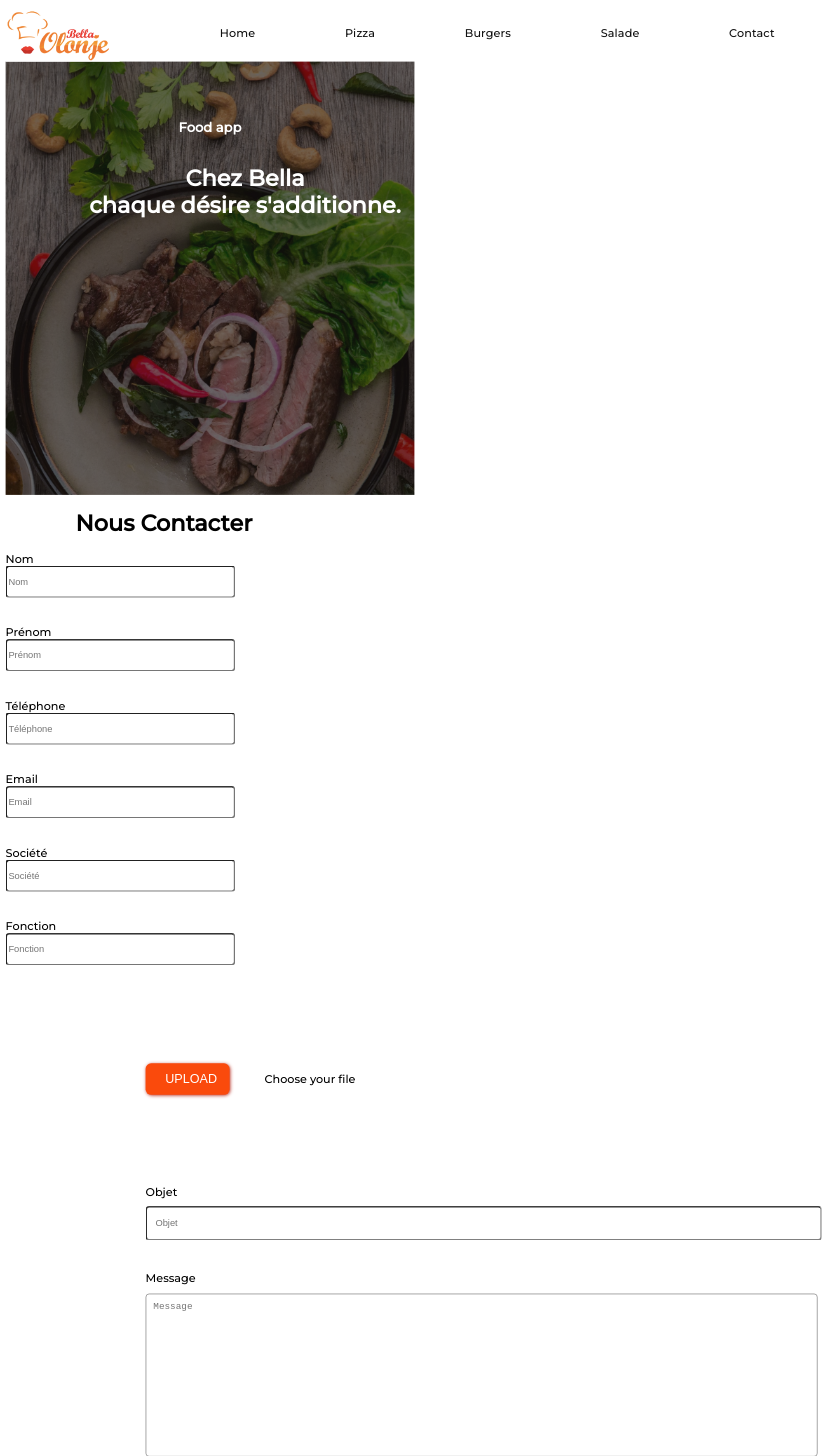
Repository: Ahlam-belhadj/bella-olange
Page: index3.html
The author's editor kept a copy of each file at every save. The page is drawn from the files as they stood at one save, then again after a run of saves.
The browser window is 600 px wide. The page is 1174 px wide, so the pictures cover 1174 px, including what lies to the right of the window. The pictures show the part of the page from y = 0 to 2080 px (the page is 2735 px tall), at 70% of full size.

Above is the page before, as saved 2023-02-12 20:54:25.

### index3.html
<!DOCTYPE html>
<html lang="en">

<head>
    <meta charset="UTF-8">
    <meta http-equiv="X-UA-Compatible" content="IE=edge">
    <meta name="viewport" content="width=device-width, initial-scale=1.0">
    <link rel="stylesheet" href="style3.css">
    <script src="https://www.google.com/recaptcha/api.js" async defer></script>
    <title>Bella olanje</title>
</head>

<body>
    <header>
        <nav class="container">
            <img class="logo" src="image/logo_bella_olonje.png" alt="logo">
            <ul class="nav-menu">
                <li><a href="index.html" class="nav-link">Home</a></li>
                <li><a href="#pizza" class="nav-link">Pizza</a></li>
                <li><a href="#burgers" class="nav-link">Burgers</a></li>
                <li><a href="#salade" class="nav-link">Salade</a></li>
                <li><a href="index3.html" class="nav-link">Contact</a></li>
            </ul>
        </nav>

        <div class="title">
            <div class="texte">
                <h3>Food app</h3>
                <h1>Chez Bella <br>
                    chaque désire s'additionne.</h1>
            </div>
        </div>
    </header>
    <main>
    <div class="information">
        <form>
            <h1>Nous Contacter</h1>
            <div class="commande">
                <div class="info1">
                    <div class="label">
                        <label>Nom</label>
                        <br>
                        <input type="text" placeholder="Nom">
                    </div>
                    <div class="label">
                        <label>Prénom</label>
                        <br>
                        <input type="text" placeholder="Prénom">
                    </div>
                </div>
                <div class="info2">
                    <div class="label">
                        <label>Téléphone</label>
                        <br>
                        <input type="text" placeholder="Téléphone">
                    </div>
                    <div class="label">
                        <label>Email</label>
                        <br>
                        <input type="email" placeholder="Email">
                    </div>
                </div>
                <div class="info1">
                    <div class="label">
                        <label>Société</label>
                        <br>
                        <input type="text" placeholder="Société">
                    </div>
                    <div class="label">
                        <label>Fonction</label>
                        <br>
                        <input type="email" placeholder="Fonction">
                    </div>
                </div>

            </div>
        </form>
    </div>


    <div class="chose">
        <div class="div_button">
            <button class="button1" type="button">UPLOAD</button>
            <p>Choose your file</p>
        </div>
    </div>

    <div>
        <div class="g-recaptcha" data-sitekey="6Lff4ygkAAAAABA1RWNuq8ewgkRZaDD-yAWqFs1t"></div>
    </div>

    <div class="grp_choose">
        <div class="choose_message">
            <div class="label_choose">
                <label>Objet</label><br>
                <input type="text" placeholder="Objet">
            </div>
            <div class="label_message">
                <label>Message</label><br>
                <textarea placeholder="Message"></textarea>
            </div>
        </div>
    </div>


    <div class="maps">
        <iframe
            src="https://www.google.com/maps/embed?pb=!1m18!1m12!1m3!1d6464.54830951471!2d2.4294808287259815!3d48.785241545980085!2m3!1f0!2f0!3f0!3m2!1i1024!2i768!4f13.1!3m3!1m2!1s0x47e67344bd2d57f1%3A0x2a84a845271b523a!2sAFPA!5e0!3m2!1sfr!2sfr!4v1674668360985!5m2!1sfr!2sfr"
            width="600" height="450" style="border:0;" allowfullscreen="" loading="lazy"
            referrerpolicy="no-referrer-when-downgrade"></iframe>
    </div>


    <div class="button1">
        <button class="button">Envoyer</button>
    </div>
</main>
</body>

</html>

### style3.css
@import url('https://fonts.googleapis.com/css2?family=Montserrat:wght@100;200;500&display=swap');

body {
    font-family: Montserrat, sans-serif;
}


.logo {
    height: 80px;
}


header nav {
    display: flex;
    justify-content: space-between;
    align-items: center;

}

header ul {
    display: flex;
    justify-content: space-between;
    align-items: center;
}

header ul li {
    font-size: 16px;
    margin-left: 2rem;
    list-style: none;
    font-family: 'Montserrat';
    font-weight: 500;
    line-height: 28px;
    text-align: center;
    letter-spacing: 0.2px;
    margin-left: 8rem;

}

header ul li a {
    color: rgb(17, 17, 17);
    text-decoration: none;
}


.nav-menu {
    padding-left: 15px;
}

.title {
  background-image: url(image/Rectangle\ 48.png);
  height: 619px;
  background-repeat: no-repeat;
  background-position: center;
  background-size: cover;



}

.texte{
    color: white;
    display: flex;
    align-items: center;
    justify-content: center;
    flex-direction: column;
    text-align: center;
    height: 50%;
}
/* header */

h1 {
    padding-left: 100px;
}


h2{
    text-align:center;
    padding-bottom: 20px;
}
.info1{
    display: flex;
    justify-content: space-around;
    padding-right: 100px;
}

.info2{
    display: flex;
    justify-content: space-around;
    padding-right: 100px;
}
input {
    width: 320px;
    height: 40px;
    border-radius: 5px;
    margin-bottom: 40px;

}


.maps{
    display: flex;

    padding-left: 200px ;
}

iframe {
width: 941px;
height: 500px;
left: 100px;
top: 1875px;

}


/* button */
button {
    border: 0;
    line-height: 2.5;
    width: 120px;
    padding: 0 18px;
    font-size: 18px;
    text-align: center;
    color: #fff;
    border-radius: 20px;
    background-color: #FA4A0C;
    box-shadow: 1px 1px 5px #B73227;


}

.button1{
    display: flex;
    justify-content: end;
    margin: 50px 0px 35px 100px;
    border-radius: 8px;
}

p {
        margin-top: 63px;
    margin-left: 50px;
}

.btn{
    display: flex;
}


.div_button {
    padding: 50px 0px 35px 100px;
    display: flex;
}

/* button */


.chose {
    display: flex;
}
.grp_choose {
    padding-left: 200px;
}

.label_choose input {
    width: 938px;
    height: 35px;
    margin-bottom: 20px;
    margin-top: 10px;
    padding: 5px 12px;
    color: grey;
    border-radius: 5px;
    border-color: gray;
}
.label_message {
    padding-top: 25px;
}
textarea {
    width: 938px;
    height: 141px;
    margin-bottom: 20px;
    color: grey;
    border-color: gray;
    margin-top: 12px;
    padding: 10px 10px 80px;
    outline: none;
    border-radius: 5px;
    resize: none;
}

.g-recaptcha {
    padding-left: 200px;
    margin-bottom: 60px;
}

@media (max-width:700px) {
    .info1 {
        display: flex;
        flex-direction: column;
        justify-content: center;
    }

    .info2 {
        display: flex;
        flex-direction: column;
        justify-content: center;
    }

}

@media screen and (min-width:701px) and (max-width:1199px) {




}

After the next 2 saves:
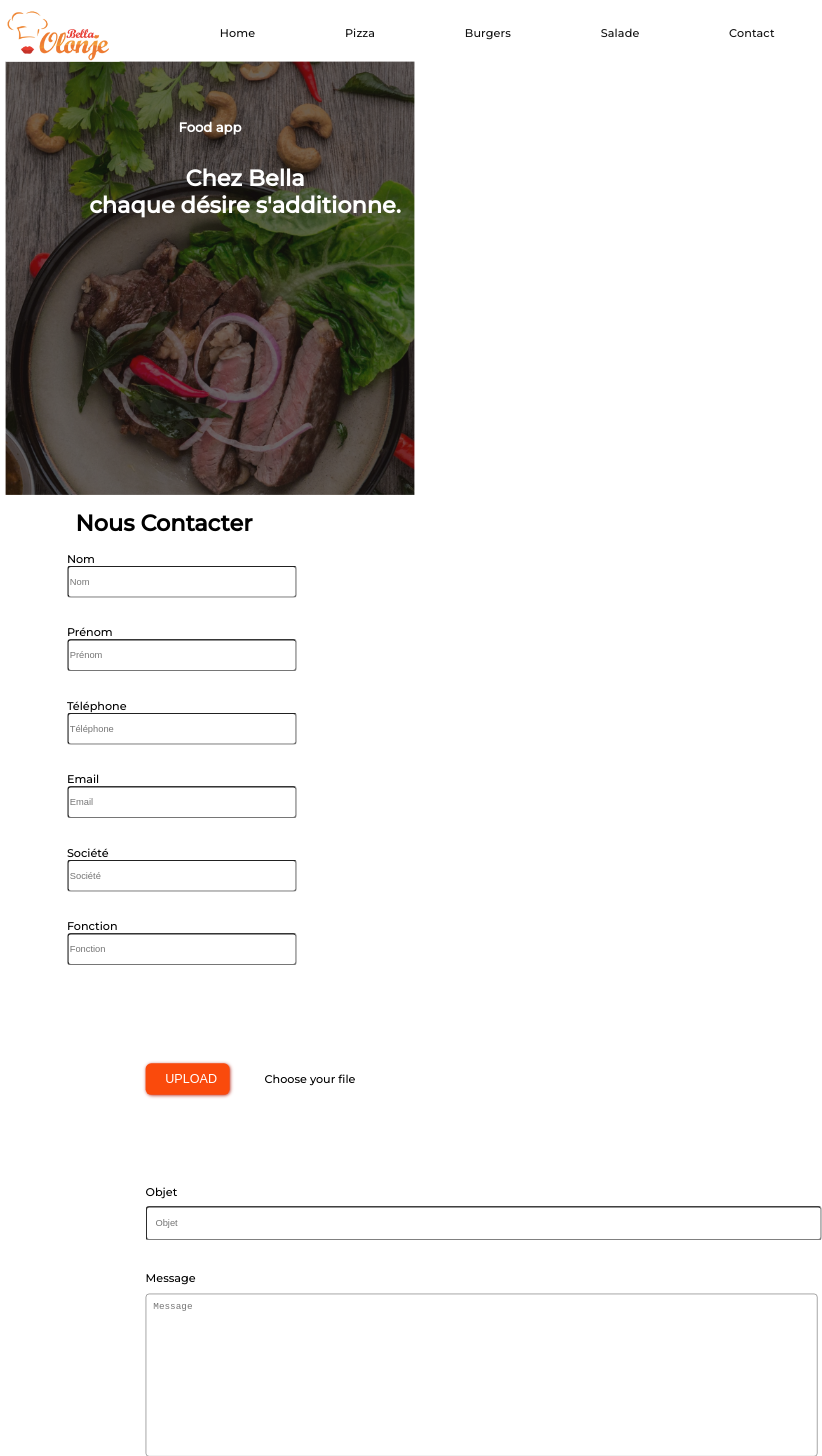
The 2 saves are shown as one change because they came seconds apart.
The last was saved 2 min 24 s later.
--- a/style3.css
+++ b/style3.css
@@ -195,13 +195,13 @@ textarea {
     .info1 {
         display: flex;
         flex-direction: column;
-        justify-content: center;
+        padding-left: 15%;
     }
 
     .info2 {
         display: flex;
         flex-direction: column;
-        justify-content: center;
+        padding-left: 15%;
     }
 
 }
